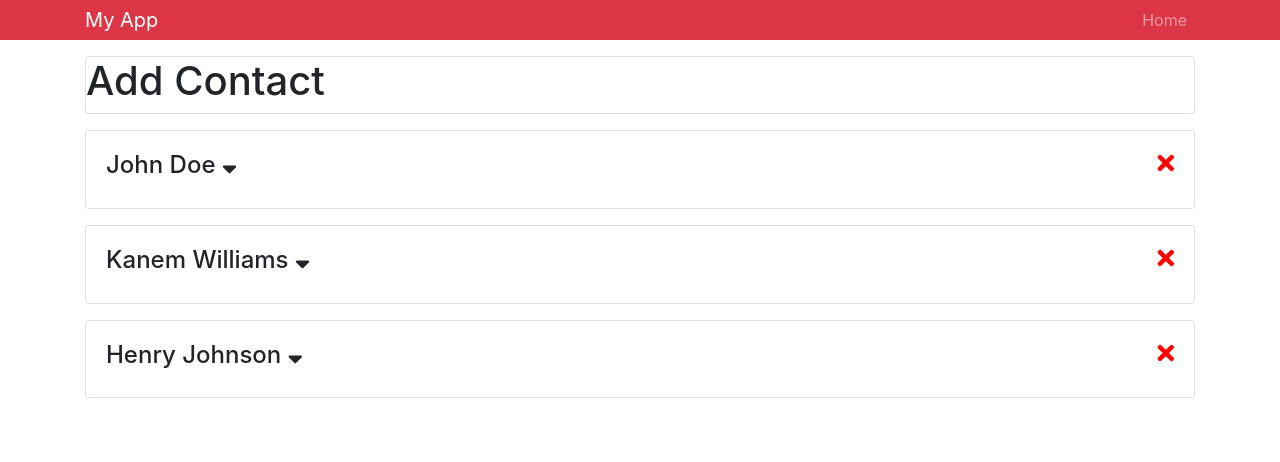
Repository: Mtbwka/contactmanager
Page: /about
These files come from the project's save history. The page is drawn as it stood at one moment and after the next save; the edit follows.
The browser window is 1280 px wide. The pictures show the whole page.
Some web libraries are served in a nearby version. The project was rebuilt for these pictures with package versions that can differ from the ones it lists, and the page was loaded fresh each time.

Above is the page before, as saved 2019-05-08 17:53:39.

### public/index.html
<!DOCTYPE html>
<html lang="en">
  <head>
    <meta charset="utf-8" />
    <link rel="shortcut icon" href="%PUBLIC_URL%/favicon.ico" />
    <meta
      name="viewport"
      content="width=device-width, initial-scale=1, shrink-to-fit=no"
    />
    <meta name="theme-color" content="#000000" />
    <link rel="stylesheet" href="https://use.fontawesome.com/releases/v5.1.1/css/all.css" integrity="sha384-O8whS3fhG2OnA5Kas0Y9l3cfpmYjapjI0E4theH4iuMD+pLhbf6JI0jIMfYcK3yZ" crossorigin="anonymous">
    <!--
      manifest.json provides metadata used when your web app is installed on a
      user's mobile device or desktop. See https://developers.google.com/web/fundamentals/web-app-manifest/
    -->
    <link rel="manifest" href="%PUBLIC_URL%/manifest.json" />
    <!--
      Notice the use of %PUBLIC_URL% in the tags above.
      It will be replaced with the URL of the `public` folder during the build.
      Only files inside the `public` folder can be referenced from the HTML.

      Unlike "/favicon.ico" or "favicon.ico", "%PUBLIC_URL%/favicon.ico" will
      work correctly both with client-side routing and a non-root public URL.
      Learn how to configure a non-root public URL by running `npm run build`.
    -->
    <title>React App</title>
  </head>
  <body>
    <noscript>You need to enable JavaScript to run this app.</noscript>
    <div id="root"></div>
    <!--
      This HTML file is a template.
      If you open it directly in the browser, you will see an empty page.

      You can add webfonts, meta tags, or analytics to this file.
      The build step will place the bundled scripts into the <body> tag.

      To begin the development, run `npm start` or `yarn start`.
      To create a production bundle, use `npm run build` or `yarn build`.
    -->
  </body>
</html>

### src/App.js
import React, { Component } from 'react';
import Contacts from './components/contacts/Contacts';
import Header from './components/layout/Header';
import AddContact from './components/contacts/AddContact';
import { Provider } from './context';

import 'bootstrap/dist/css/bootstrap.min.css';

class App extends Component {
  render() {
    return (
      <Provider>
        <div className='App'>
          <Header />
          <div className='container'>
            <AddContact />
            <Contacts />
          </div>
        </div>
      </Provider>
    );
  }
}

export default App;

### src/components/contacts/Contacts.js
import React, { Component } from 'react';
import Contact from './Contact.js';
import { Consumer } from '../../context';

class Contacts extends Component {
  render() {
    return (
      <Consumer>
        {value => {
          return (
            <React.Fragment>
              {value.contacts.map(contact => (
                <Contact key={contact.id} contact={contact} />
              ))}
            </React.Fragment>
          );
        }}
      </Consumer>
    );
  }
}

export default Contacts;

### src/components/layout/Header.js
import React from 'react';
import PropTypes from 'prop-types';

// export default function Header() {
//   return <div />;
// }

const Header = props => {
  const { branding } = props;
  return (
    <nav className="navbar navbar-expand-sm navbar-dark bg-danger mb-3 py-0">
      <div className="container">
        <a href="/" className="navbar-brand">{branding}</a>
        <div>
          <ul className="navbar-nav mr-auto">
            <li className="nav-item">
              <a href="/" className="nav-link">Home</a>
            </li>
          </ul>
        </div>
      </div>
    </nav>
  );
};

Header.defaultProps = {
  branding: 'My App'
};

Header.propTypes = {
  branding: PropTypes.string.isRequired
};

export default Header;

### src/components/contacts/AddContact.js
import React, { Component } from 'react';

class AddContact extends Component {
  state = {
    name: '',
    email: '',
    phone: ''
  };

  render() {
    return (
      <div className='card mb-3'>
        <h1>Add Contact</h1>
      </div>
    );
  }
}

export default AddContact;

### src/context.js
import React, { Component } from 'react';

const Context = React.createContext();

const reducer = (state, action) => {
  switch (action.type) {
    case 'DELETE_CONTACT':
      return {
        ...state,
        contacts: state.contacts.filter(
          contact => contact.id !== action.payload
        )
      };
    default:
      return state;
  }
};

export class Provider extends Component {
  state = {
    contacts: [
      {
        id: 1,
        name: 'John Doe',
        email: 'jdoe@gmail.com',
        phone: '555-555-5555'
      },
      {
        id: 2,
        name: 'Kanem Williams',
        email: 'karen@gmail.com',
        phone: '222-222-2222'
      },
      {
        id: 3,
        name: 'Henry Johnson',
        email: 'henry@gmail.com',
        phone: '111-111-1111'
      }
    ],
    dispatch: action => this.setState(state => reducer(state, action))
  };

  render() {
    return (
      <Context.Provider value={this.state}>
        {this.props.children}
      </Context.Provider>
    );
  }
}

export const Consumer = Context.Consumer;

### src/components/contacts/Contact.js
import React, { Component } from 'react';
import PropTypes from 'prop-types';
import { Consumer } from '../../context';

class Contact extends Component {
  state = {
    showContactInfo: false
  };

  onDeleteClick = (id, dispatch) => {
    dispatch({ type: 'DELETE_CONTACT', payload: id });
  };

  render() {
    const { id, name, email, phone } = this.props.contact;
    const { showContactInfo } = this.state;

    return (
      <Consumer>
        {value => {
          const { dispatch } = value;
          return (
            <div className='card card-body mb-3'>
              <h4>
                {name}{' '}
                <i
                  onClick={() =>
                    this.setState({
                      showContactInfo: !this.state.showContactInfo
                    })
                  }
                  className='fas fa-sort-down'
                  style={{ cursor: 'pointer' }}
                />
                <i
                  className='fas fa-times'
                  style={{ float: 'right', cursor: 'pointer', color: 'red' }}
                  onClick={this.onDeleteClick.bind(this, id, dispatch)}
                />
              </h4>
              {showContactInfo ? (
                <ul className='list-group'>
                  <li className='list-group-item'>Email:{email}</li>
                  <li className='list-group-item'>Phone:{phone}</li>
                </ul>
              ) : null}
            </div>
          );
        }}
      </Consumer>
    );
  }
}

Contact.propTypes = {
  contact: PropTypes.object.isRequired
};
export default Contact;

Loaded but not shown: src/index.js (common file); src/serviceWorker.js (common file)

After the next save:
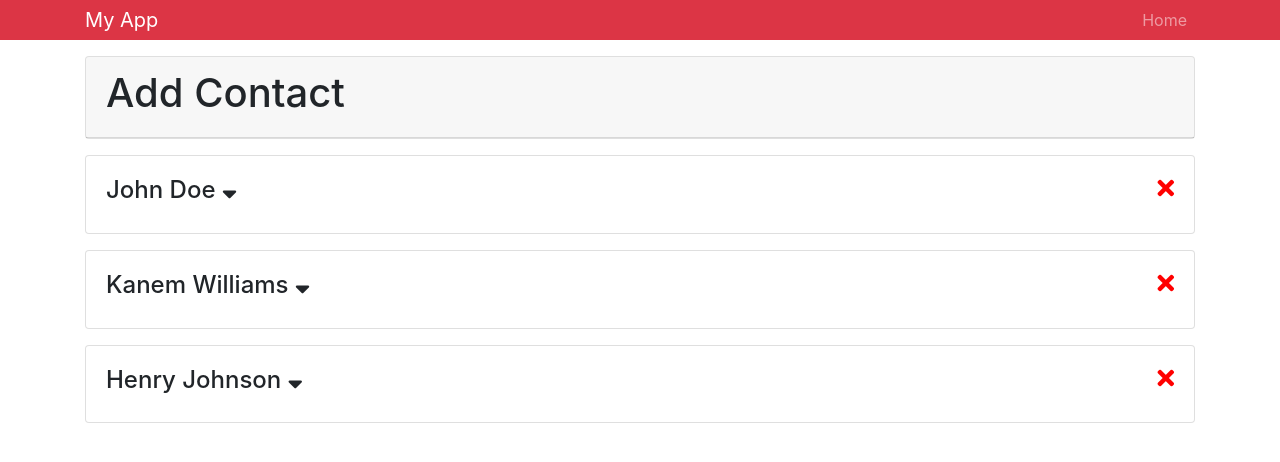
Saved 21 s later.
--- a/src/components/contacts/AddContact.js
+++ b/src/components/contacts/AddContact.js
@@ -10,7 +10,9 @@ class AddContact extends Component {
   render() {
     return (
       <div className='card mb-3'>
-        <h1>Add Contact</h1>
+        <div className='card-header'>
+          <h1>Add Contact</h1>
+        </div>
       </div>
     );
   }
